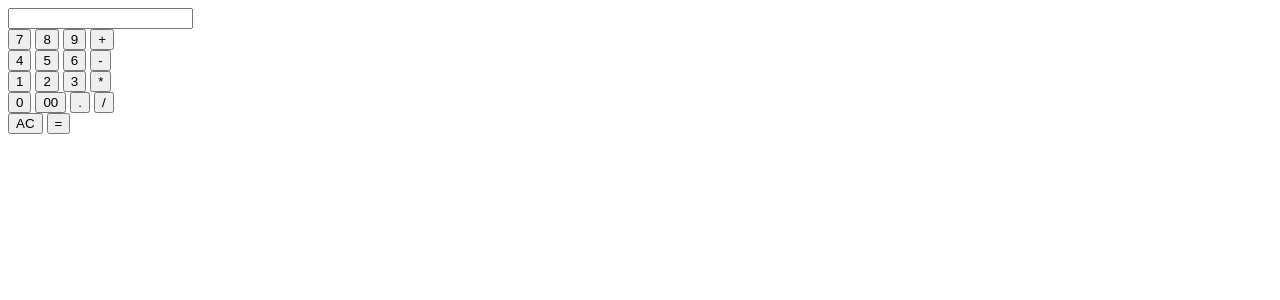
Repository: yamadayurika/rails
Page: Calculator/calculator.html
The author's editor kept a record of every edit. The page is drawn from the files as they stood at one moment, then again after the next edit.
The browser window is 1280 px wide. The pictures show the whole page.

Above is the page before.

### Calculator/calculator.html
<!DOCTYPE html>
<html>
<head>
  <meta charset="utf-8"/>
  <title>sample</title>
</head>
<body>
  <input type="text" id="result">
  <div>
    <input type="button" value="7" onclick="edit(this)">
    <input type="button" value="8" onclick="edit(this)">
    <input type="button" value="9" onclick="edit(this)">
    <input type="button" value="+" onclick="edit(this)">
  </div>
  <div>
    <input type="button" value="4" onclick="edit(this)">
    <input type="button" value="5" onclick="edit(this)">
    <input type="button" value="6" onclick="edit(this)">
    <input type="button" value="-" onclick="edit(this)">
  </div>
  <div>
    <input type="button" value="1" onclick="edit(this)">
    <input type="button" value="2" onclick="edit(this)">
    <input type="button" value="3" onclick="edit(this)">
    <input type="button" value="*" onclick="edit(this)">
  </div>
  <div>
    <input type="button" value="0" onclick="edit(this)">
    <input type="button" value="00" onclick="edit(this)">
    <input type="button" value="." onclick="edit(this)">
    <input type="button" value="/" onclick="edit(this)">
  </div>
  <div>
    <input type="button" value="AC" onclick="clearAll()">
    <input type="button" value="=" onclick="calc()">
  </div>

  <script language="javascript" type="text/javascript">
    var result = document.getElementById("result");
    function edit(elem) {
      result.value = result.value + elem.value;
    }
    function calc() {
      result.value = new Function("return " + result.value)();
    }

    function clearAll() {
       var result = document.getElementById("result");
       result.value = '';
    }

  </script>
</body>
</html>

### Calculator/calculator.css
#result {
  width: auto;
  background-color: black;
  color: white;
}

input {
  width: 10%;
}

.long {
  width: 210%;
}

After the next edit:
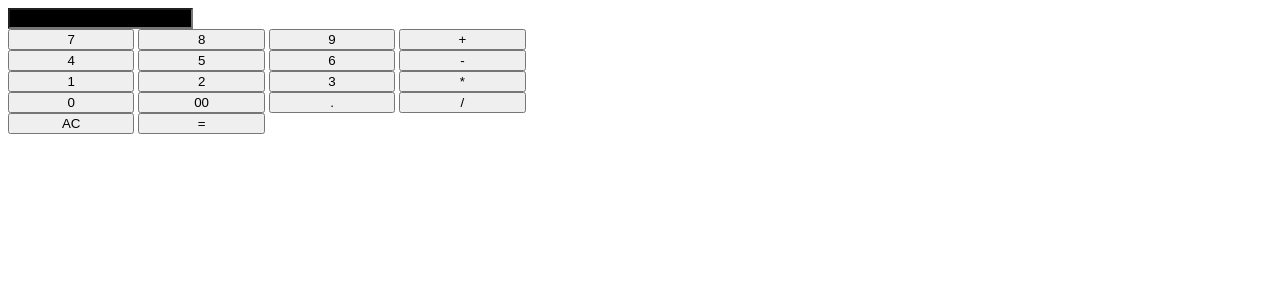
The edit:
--- a/Calculator/calculator.html
+++ b/Calculator/calculator.html
@@ -3,6 +3,7 @@
 <head>
   <meta charset="utf-8"/>
   <title>sample</title>
+  <link rel="stylesheet" href="calculator.css">
 </head>
 <body>
   <input type="text" id="result">
